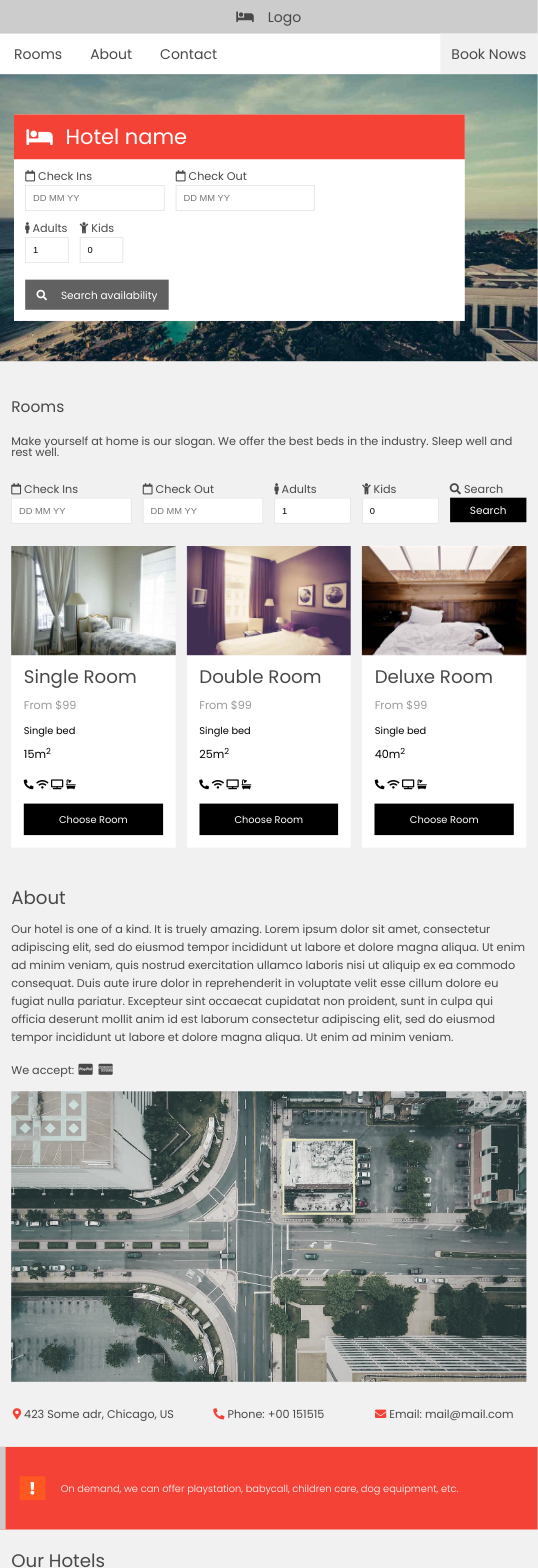
Repository: phamhuuloc/Travel_Template
Page: index.html
These files come from the project's save history. The page is drawn as it stood at one moment and after the next save; the edit follows.
The browser window is 768 px wide. The pictures show the part of the page from y = 0 to 2240 px (the page is 3669 px tall before and 3689 px after), at 70% of full size.
The style sheet was rebuilt from its Sass, Less or Tailwind sources for each picture, by a compiler version that may differ from the author's.

Above is the page before, as saved 2021-09-21 11:39:28.

After the next save:
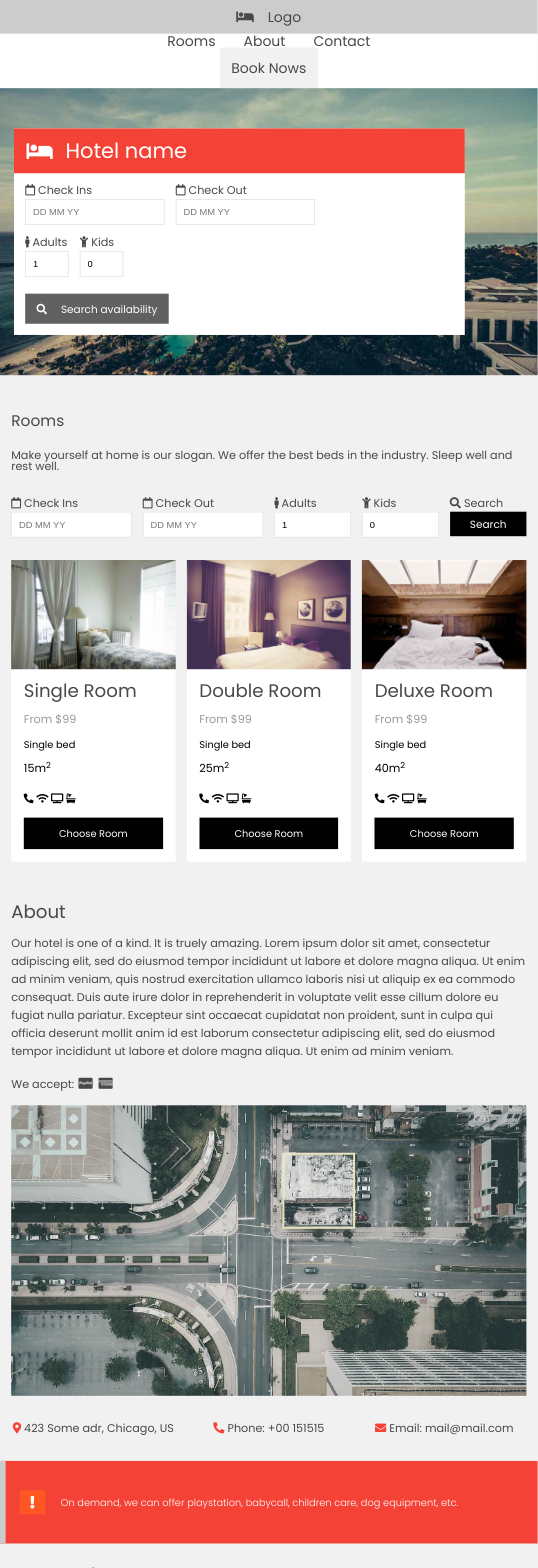
Saved 2 min 12 s later.
--- a/assets/responsive.css
+++ b/assets/responsive.css
@@ -24,4 +24,7 @@
     justify-content: center;
     width: 100%;
   }
+  .header__menu {
+    flex-direction: column;
+  }
 }
